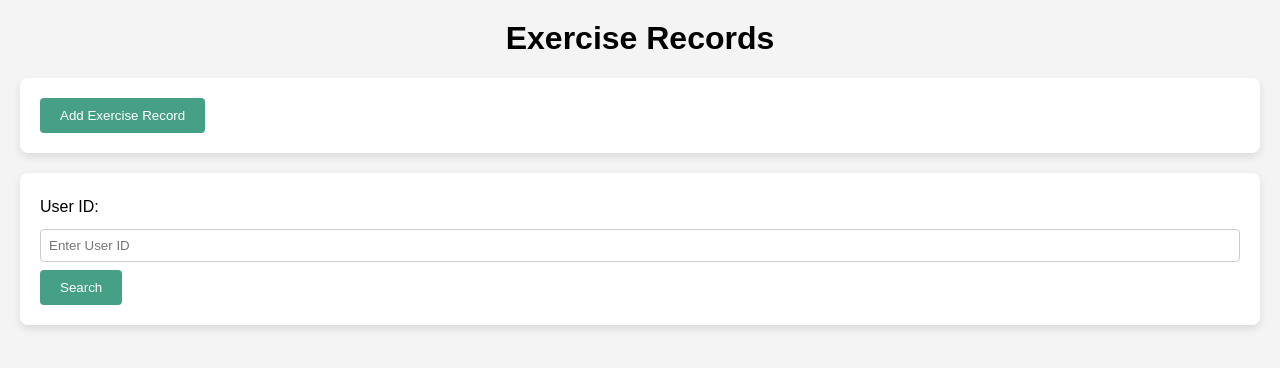
Repository: zilxhasu/eeit94-topic2
Page: http://localhost/topic2/jsp/fitness/index.jsp
The author's editor kept a copy of each file at every save. The page is drawn from the files as they stood at one save, then again after the next save.
The browser window is 1280 px wide. The pictures show the whole page.
The page is served by Tomcat 10. Other server files are loaded and not shown.

Above is the page before, as saved 2025-02-24 01:36:24.

### topic2/src/main/webapp/jsp/fitness/index.jsp
<%@ page language="java" contentType="text/html; charset=UTF-8" pageEncoding="UTF-8"%>
<%@ taglib prefix="c" uri="http://java.sun.com/jsp/jstl/core" %>
<%@ taglib prefix="fn" uri="http://java.sun.com/jsp/jstl/functions" %>

<!DOCTYPE html>
<html lang="en">
<head>
    <meta charset="UTF-8">
    <meta name="viewport" content="width=device-width, initial-scale=1.0">
    <title>Exercise Records</title>
    <style>
        body {
            font-family: Arial, sans-serif;
            background-color: #f4f4f4;
            margin: 0;
            padding: 0;
        }

        h1 {
            text-align: center;
            margin-top: 20px;
        }

        form {
            margin: 20px;
            background-color: #fff;
            padding: 20px;
            border-radius: 8px;
            box-shadow: 0 4px 8px rgba(0, 0, 0, 0.1);
        }

        label {
            display: block;
            margin: 5px 0;
        }

        input, select {
            width: 100%;
            padding: 8px;
            margin: 8px 0;
            box-sizing: border-box;
            border-radius: 4px;
            border: 1px solid #ccc;
        }

        button {
            padding: 10px 20px;
            background-color: #45a086;
            color: white;
            border: none;
            border-radius: 4px;
            cursor: pointer;
        }

        button:hover {
            background-color: lightgreen;
        }
    </style>
</head>
<body>
    <h1>Exercise Records</h1>

    <!-- 新增運動紀錄的按鈕 -->
    <form action=../../jsp/fitness/addExerciseRecord.jsp method="get">
        <button type="submit">Add Exercise Record</button>
    </form>

    <!-- 查詢運動紀錄 -->
    <form action=../../api/fitness/progress method="get">
        <label for="userId">User ID:</label>
        <input type="number" name="userId" required placeholder="Enter User ID">
        <button type="submit">Search</button>
    </form>
</body>
</html>

After the next save:
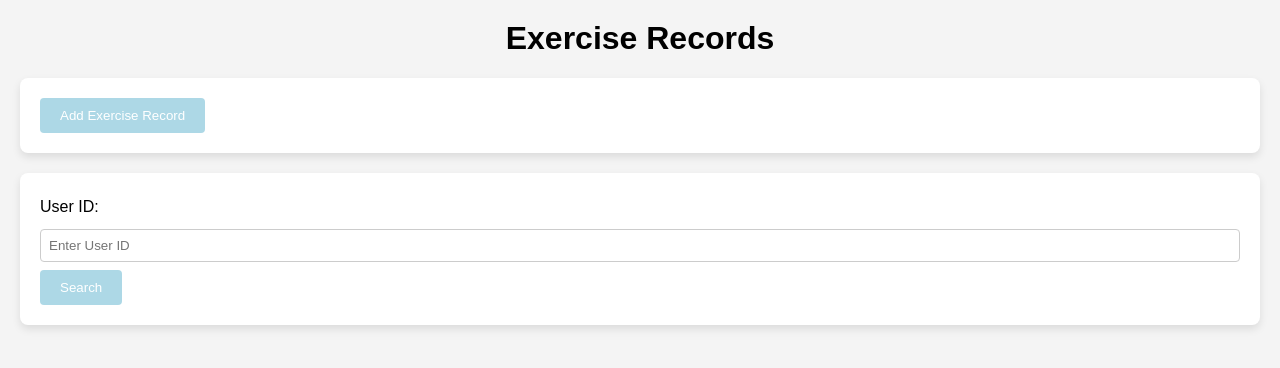
Saved 23 min 47 s later.
--- a/topic2/src/main/webapp/jsp/fitness/index.jsp
+++ b/topic2/src/main/webapp/jsp/fitness/index.jsp
@@ -45,7 +45,7 @@
 
         button {
             padding: 10px 20px;
-            background-color: #45a086;
+            background-color: lightblue;
             color: white;
             border: none;
             border-radius: 4px;
